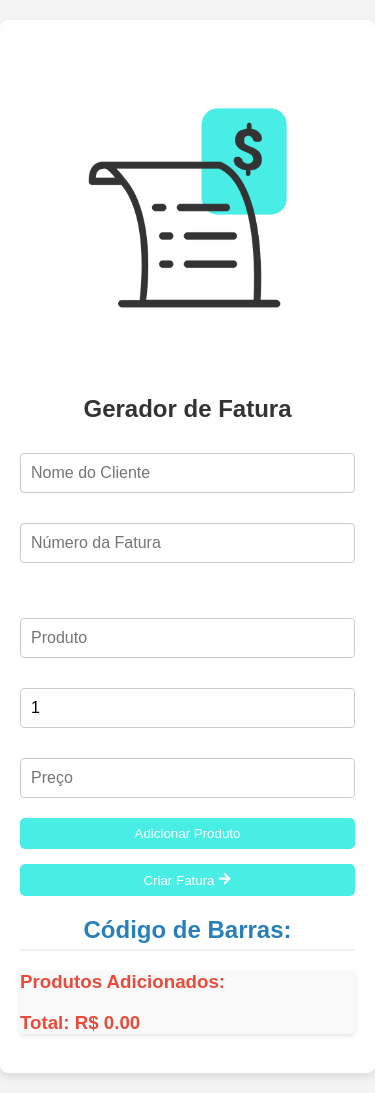
Repository: thmedu/Gerador-de-Faturas
Page: /
An editor plug-in stored every save of this project. The page is shown before and after the next save, followed by the edit.
The browser window is 375 px wide. The pictures show the whole page.
The project was rebuilt for these pictures with package versions that can differ from the ones it lists, and the page was loaded fresh each time. Also part of the build but not shown: vite.config.js, src/Componete/Template.jsx.

Above is the page before, as saved 2024-07-16 22:17:15.

After the next save:
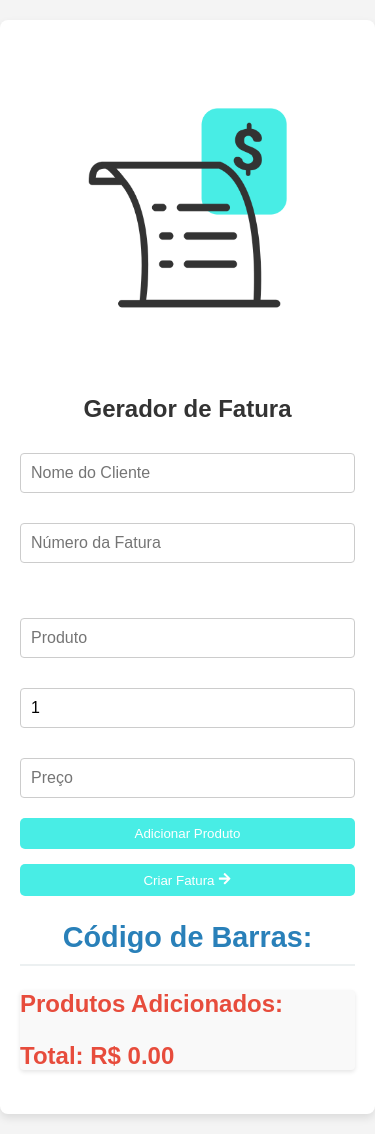
Saved 87 s later.
--- a/src/Componete/Template.css
+++ b/src/Componete/Template.css
@@ -1,70 +1,81 @@
 /* Template.css */
 
+/* Estilo da Contêiner PDF */
 .pdf-container {
-  max-width: 800px;
-  margin: 20px auto;
-  padding: 20px;
+  max-width: 900px;
+  margin: 40px auto;
+  padding: 30px;
   border: 1px solid #ddd;
-  border-radius: 8px;
+  border-radius: 10px;
   box-shadow: 0 4px 20px rgba(0, 0, 0, 0.1);
   background-color: #ffffff;
   font-family: 'Arial', sans-serif;
   color: #333;
 }
 
+/* Títulos */
 h1 {
   text-align: center;
   color: #2c3e50;
-  font-size: 2.5em;
-  margin-bottom: 20px;
+  font-size: 2.8em; /* Tamanho aumentado */
+  margin-bottom: 25px;
 }
 
 h2 {
   color: #2980b9;
   border-bottom: 2px solid #ecf0f1;
-  padding-bottom: 5px;
-  margin: 20px 0 10px;
+  padding-bottom: 10px;
+  margin: 25px 0 15px;
+  font-size: 2em; /* Tamanho aumentado */
 }
 
 h3 {
   color: #e74c3c;
+  font-size: 1.5em; /* Tamanho aumentado */
 }
 
+/* Parágrafos */
 p {
-  margin: 5px 0;
-  font-size: 1em;
+  margin: 10px 0;
+  font-size: 1.1em; /* Tamanho aumentado */
 }
 
+/* Lista de Produtos */
 .product-list {
   list-style: none;
   padding: 0;
+  margin: 20px 0; /* Espaçamento superior e inferior */
 }
 
 .product-list li {
   display: flex;
   justify-content: space-between;
   align-items: center;
-  margin-bottom: 10px;
-  padding: 10px;
+  margin-bottom: 15px;
+  padding: 15px; /* Padding aumentado */
   border: 1px solid #ecf0f1;
-  border-radius: 5px;
+  border-radius: 8px;
   background-color: #f9f9f9;
-  transition: background-color 0.2s;
+  transition: background-color 0.2s, transform 0.2s; /* Adicionando transição */
 }
 
 .product-list li:hover {
   background-color: #f1f1f1;
+  transform: scale(1.02); /* Efeito de zoom ao passar o mouse */
 }
 
 .product-list span {
   flex-grow: 1;
+  font-size: 1.2em; /* Tamanho aumentado */
 }
 
+/* Botões de Edição e Remoção */
 .product-list button {
   background: none;
   border: none;
   color: #e74c3c;
   cursor: pointer;
+  font-size: 1.2em; /* Tamanho aumentado */
   transition: color 0.3s;
 }
 
@@ -72,32 +83,44 @@ p {
   color: #c0392b;
 }
 
+/* Botões de Adicionar e Imprimir */
 .add-product-button,
 .print-button {
-  padding: 10px 20px;
+  padding: 15px 25px; /* Tamanho aumentado */
   border: none;
   border-radius: 5px;
   background-color: #48ede5;
   color: white;
   cursor: pointer;
-  transition: background-color 0.3s;
-  margin: 10px 5px;
+  transition: background-color 0.3s, transform 0.2s; /* Transição ao passar o mouse */
+  margin: 15px 5px; /* Margem aumentada */
+  font-size: 1.2em; /* Tamanho aumentado */
 }
 
 .add-product-button:hover,
 .print-button:hover {
   background-color: #39b2c4;
+  transform: scale(1.05); /* Efeito de zoom ao passar o mouse */
 }
 
+/* Estilo de Inputs */
 input {
   width: 100%;
   margin: 10px 0;
-  padding: 10px;
+  padding: 15px; /* Padding aumentado */
   border: 1px solid #ddd;
   border-radius: 5px;
+  font-size: 1.1em; /* Tamanho aumentado */
   box-sizing: border-box;
+  transition: border-color 0.3s; /* Transição de cor */
 }
 
+input:focus {
+  border-color: #2980b9; /* Mudança de cor ao focar */
+  outline: none; /* Remover contorno padrão */
+}
+
+/* Título do Diálogo */
 .dialog-title {
   display: flex;
   justify-content: space-between;
@@ -107,36 +130,44 @@ input {
 .dialog-title .close-button {
   cursor: pointer;
   color: #e74c3c;
+  font-size: 1.5em; /* Tamanho aumentado */
 }
 
 .dialog-title .close-button:hover {
   opacity: 0.8;
 }
 
+/* QR Code */
 .qr-code {
   display: flex;
   justify-content: center;
-  margin: 20px 0;
+  margin: 30px 0; /* Margem aumentada */
 }
 
+/* Mensagem de Sucesso */
 .success-message {
   color: #28a745;
   margin: 10px 0;
   text-align: center;
+  font-size: 1.2em; /* Tamanho aumentado */
+  background-color: #e7f9e7; /* Fundo leve */
+  border: 1px solid #28a745; /* Borda verde */
+  border-radius: 5px;
+  padding: 10px; /* Padding aumentado */
 }
 
 /* Media Queries */
 @media (max-width: 600px) {
   h1 {
-    font-size: 2em;
+    font-size: 2.5em; /* Ajuste responsivo */
   }
 
   h2 {
-    font-size: 1.5em;
+    font-size: 1.8em; /* Ajuste responsivo */
   }
 
   .add-product-button,
   .print-button {
-    width: 100%; /* Full width for buttons on small screens */
+    width: 100%; /* Largura total para botões em telas pequenas */
   }
 }
